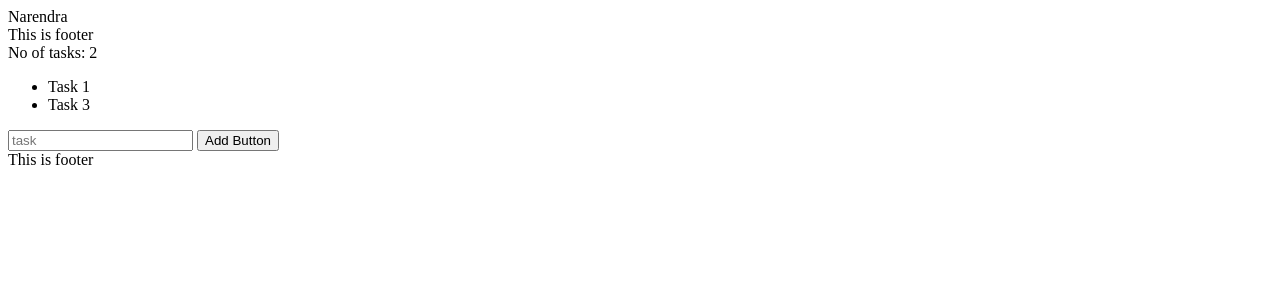
Repository: narendraiitm/jan-2023-term-live-session
Page: todo-vue/index.html
An editor plug-in stored every save of this project. The page is shown before and after the next save, followed by the edit.
The browser window is 1280 px wide. The pictures show the whole page.

Above is the page before, as saved 2023-02-16 17:58:45.

### todo-vue/index.html
<!DOCTYPE html>
<html lang="en">
  <head>
    <meta charset="UTF-8" />
    <meta http-equiv="X-UA-Compatible" content="IE=edge" />
    <meta name="viewport" content="width=device-width, initial-scale=1.0" />
    <title>Document</title>
    <style>
      .complete {
        color: red;
      }
    </style>
  </head>
  <body>
    <div id="app"></div>
    <script src="https://cdn.jsdelivr.net/npm/vue@2/dist/vue.js"></script>
    <script src="./app.js" type="module"></script>
  </body>
</html>

### todo-vue/app.js
import Footer from './Components/Footer.js'
import Task from './Components/Task.js'

Vue.component('Header', {
  template: `<div> {{name}}
  <Footer />
  </div>`,
  data() {
    return {
      name: 'Narendra',
    }
  },
  components: {
    Footer: Footer,
  },
})

new Vue({
  // options object
  el: '#app',
  template: `<div>
  <Header />
  <div> No of tasks: {{noOfTasks}} </div>
  <ul>

    <li v-for='(task, index) in tasks'>
        <Task :childTask='task' name='Narendra' />
    </li>
  </ul>
  <input placeholder='task' v-model='currentTask' />
  <button @click='addTask()'> Add Button </button>
  <Footer />
  </div>`,
  data: {
    currentTask: null,
    tasks: [
      { name: 'Task 1', complete: false },
      { name: 'Task 3', complete: false },
    ],
  },
  components: {
    Footer,
    Task,
  },
  methods: {
    addTask() {
      this.tasks.push({ name: this.currentTask })
    },
    deleteTask(index) {
      this.tasks.splice(index, 1)
    },
    markAsComplete(index) {
      this.tasks[index].complete = true
    },
  },
  computed: {
    noOfTasks() {
      return this.tasks.length
    },
  },
  watch: {
    currentTask(newVal, oldVal) {
      if (newVal.length > 5) {
        alert('Length of the task cannot be more then 5')
      }
    },
  },
})

### todo-vue/Components/Footer.js
export default {
  template: `<div> This is footer </div>`,
}

### todo-vue/Components/Task.js
export default {
  template: `<div>
    <span>{{childTask.name}}</span>
    </div>`,
  props: ['childTask', 'name'],
}

After the next save:
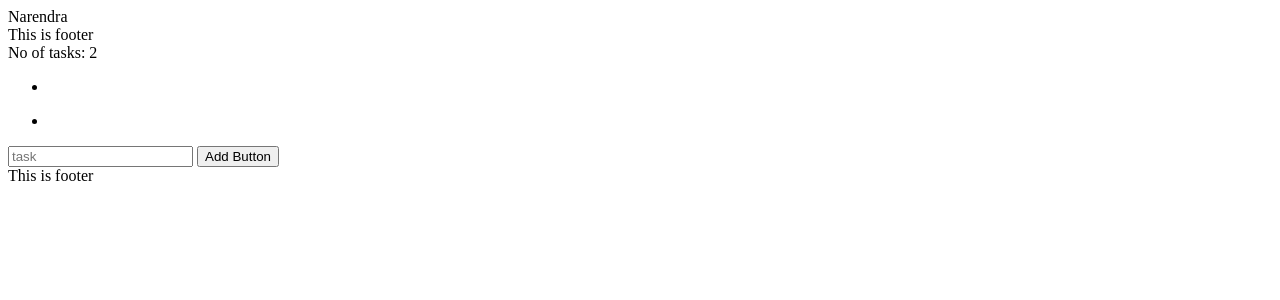
Saved 63 s later.
--- a/todo-vue/app.js
+++ b/todo-vue/app.js
@@ -24,7 +24,7 @@
   <ul>
 
     <li v-for='(task, index) in tasks'>
-        <Task :childTask='task' name='Narendra' />
+        <Task childTask='task' name='Narendra' />
     </li>
   </ul>
   <input placeholder='task' v-model='currentTask' />

After the 3 saves that followed:
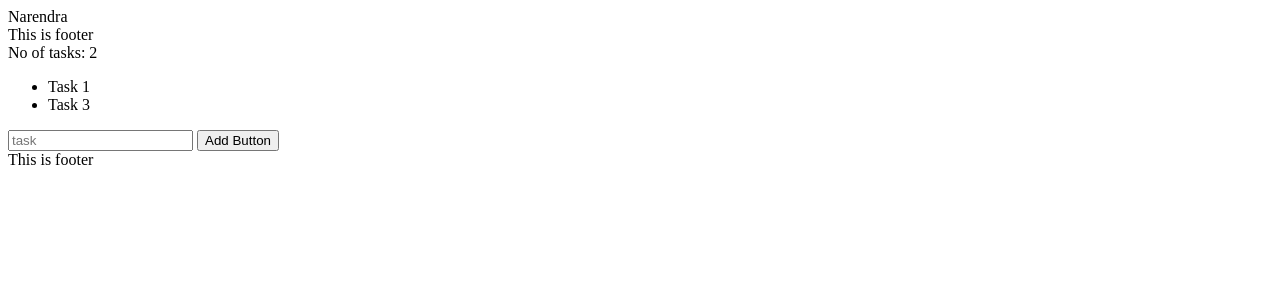
The 3 saves are shown as one change because 2 left the picture as it was.
The last was saved 39 s later.
--- a/todo-vue/app.js
+++ b/todo-vue/app.js
@@ -24,7 +24,7 @@
   <ul>
 
     <li v-for='(task, index) in tasks'>
-        <Task childTask='task' name='Narendra' />
+        <Task :childTask='task' name='Narendra' />
     </li>
   </ul>
   <input placeholder='task' v-model='currentTask' />
